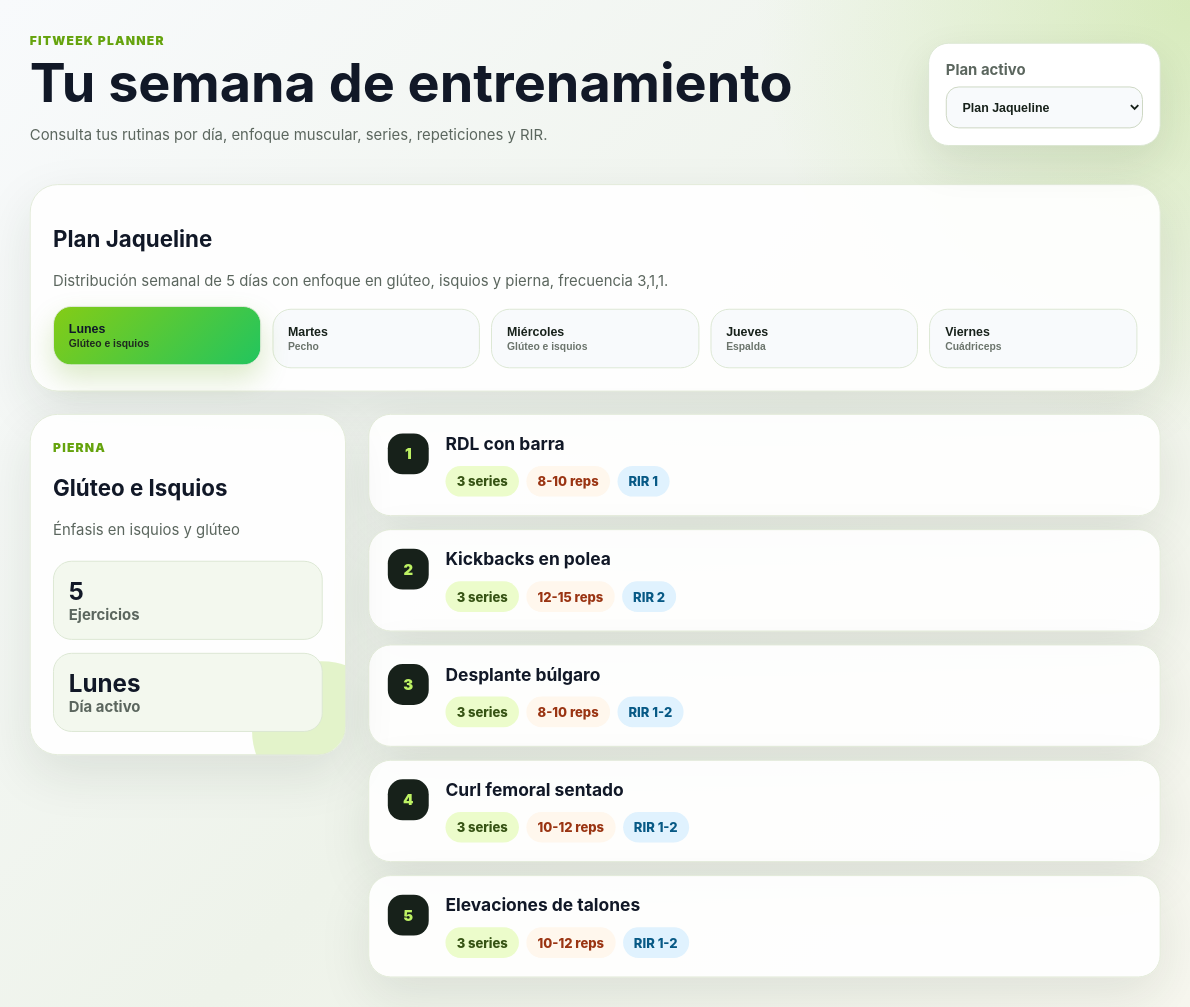
Repository: Jaqueline-CO/Fitweek-Planner
Page: /dashboard
An editor plug-in stored every save of this project. The page is shown before and after the next save, followed by the edit.
The browser window is 1280 px wide. The pictures show the whole page, at 93% of full size.
The project was rebuilt for these pictures with package versions that can differ from the ones it lists, and the page was loaded fresh each time. Also part of the build but not shown: vite.config.js.

Above is the page before, as saved 2026-06-09 16:02:44.

### index.html
<!doctype html>
<html lang="en">
  <head>
    <meta charset="UTF-8" />
    <link rel="icon" type="image/svg+xml" href="/favicon.svg" />
    <meta name="viewport" content="width=device-width, initial-scale=1.0" />
    <title>rutinasgym</title>
  </head>
  <body>
    <div id="root"></div>
    <script type="module" src="/src/main.jsx"></script>
  </body>
</html>

### src/index.css
* {
  box-sizing: border-box;
}

html,
body,
#root {
  width: 100%;
  min-height: 100%;
  margin: 0;
}

body {
  min-width: 320px;
  font-family: Inter, system-ui, sans-serif;
}

### src/App.jsx
import AppRoutes from "./routes/AppRoutes";

function App() {
  return <AppRoutes />;
}

export default App;

### src/routes/AppRoutes.jsx
import { BrowserRouter, Routes, Route } from "react-router-dom";
import Login from "../pages/Login";
import Dashboard from "../pages/Dashboard";

function AppRoutes() {
  return (
    <BrowserRouter>
      <Routes>
        <Route path="/" element={<Login />} />
        <Route path="/dashboard" element={<Dashboard />} />
      </Routes>
    </BrowserRouter>
  );
}

export default AppRoutes;

### src/pages/Dashboard.jsx
import { useState } from "react";
import { weeklyPlans } from "../data/weeklyPlans";
import { routines } from "../data/routines";
import "../styles/Dashboard.css";

function Dashboard() {
  const [selectedPlanId, setSelectedPlanId] = useState("jaqueline");
  const [selectedDay, setSelectedDay] = useState("Lunes");

  const selectedPlan = weeklyPlans.find((plan) => plan.id === selectedPlanId);
  const selectedPlanDay = selectedPlan.days.find((item) => item.day === selectedDay);
  const selectedRoutine = routines.find((routine) => routine.id === selectedPlanDay.routineId);

  return (
    <main className="dashboard-page">
      <section className="dashboard-hero">
        <div>
          <span className="eyebrow">FitWeek Planner</span>
          <h1>Tu semana de entrenamiento</h1>
          <p>Consulta tus rutinas por día, enfoque muscular, series, repeticiones y RIR.</p>
        </div>

        <div className="plan-selector">
          <label>Plan activo</label>
          <select
            value={selectedPlanId}
            onChange={(e) => {
              setSelectedPlanId(e.target.value);
              setSelectedDay("Lunes");
            }}
          >
            {weeklyPlans.map((plan) => (
              <option key={plan.id} value={plan.id}>
                {plan.name}
              </option>
            ))}
          </select>
        </div>
      </section>

      <section className="plan-card">
        <div>
          <h2>{selectedPlan.name}</h2>
          <p>{selectedPlan.description}</p>
        </div>

        <div className="day-tabs">
          {selectedPlan.days.map((item) => (
            <button
              key={item.day}
              className={selectedDay === item.day ? "day-tab active" : "day-tab"}
              onClick={() => setSelectedDay(item.day)}
            >
              <span>{item.day}</span>
              <small>{item.label}</small>
            </button>
          ))}
        </div>
      </section>

      <section className="routine-layout">
        <aside className="routine-summary">
          <span className="routine-category">{selectedRoutine.category}</span>
          <h2>{selectedRoutine.title}</h2>
          <p>{selectedRoutine.focus}</p>

          <div className="summary-stats">
            <div>
              <strong>{selectedRoutine.exercises.length}</strong>
              <span>Ejercicios</span>
            </div>
            <div>
              <strong>{selectedDay}</strong>
              <span>Día activo</span>
            </div>
          </div>
        </aside>

        <section className="exercise-list">
          {selectedRoutine.exercises.map((exercise, index) => (
            <article className="exercise-card" key={index}>
              <div className="exercise-number">{index + 1}</div>

              <div className="exercise-info">
                <h3>{exercise.name}</h3>

                <div className="exercise-tags">
                  <span>{exercise.sets} series</span>
                  <span>{exercise.reps} reps</span>
                  <span>RIR {exercise.rir}</span>
                </div>

                {exercise.notes && <p>{exercise.notes}</p>}
              </div>
            </article>
          ))}
        </section>
      </section>
    </main>
  );
}

export default Dashboard;

### src/data/weeklyPlans.js
export const weeklyPlans = [
  {
    id: "jaqueline",
    name: "Plan Jaqueline",
    description: "Distribución semanal de 5 días con enfoque en glúteo, isquios y pierna, frecuencia 3,1,1.",
    days: [
      { day: "Lunes", routineId: "gluteo-isquios", label: "Glúteo e isquios" },
      { day: "Martes", routineId: "pecho-a", label: "Pecho" },
      { day: "Miércoles", routineId: "gluteo-isquios", label: "Glúteo e isquios" },
      { day: "Jueves", routineId: "espalda", label: "Espalda" },
      { day: "Viernes", routineId: "cuadriceps", label: "Cuádriceps" },
    ],
  },
  {
    id: "alan",
    name: "Plan Alan",
    description: "Distribución semanal de 5 días con enfoque en Pecho, frecuencia 2,2,1.",
    days: [
      { day: "Lunes", routineId: "gluteo-isquios", label: "Glúteo e isquios" },
      { day: "Martes", routineId: "pecho-a", label: "Pecho" },
      { day: "Miércoles", routineId: "espalda", label: "Espalda" },
      { day: "Jueves", routineId: "pecho-b", label: "Pecho" },
      { day: "Viernes", routineId: "cuadriceps", label: "Cuádriceps" },
    ],
  },
];

### src/data/routines.js
export const routines = [
  {
    id: "gluteo-isquios",
    title: "Glúteo e Isquios",
    category: "Pierna",
    focus: "Énfasis en isquios y glúteo",
    exercises: [
      { name: "RDL con barra", sets: 3, reps: "8-10", rir: "1" },
      { name: "Kickbacks en polea", sets: 3, reps: "12-15", rir: "2" },
      { name: "Desplante búlgaro", sets: 3, reps: "8-10", rir: "1-2" },
      { name: "Curl femoral sentado", sets: 3, reps: "10-12", rir: "1-2" },
      { name: "Elevaciones de talones", sets: 3, reps: "10-12", rir: "1-2" },
    ],
  },
  {
    id: "cuadriceps",
    title: "Cuádriceps",
    category: "Pierna",
    focus: "Énfasis en cuádriceps",
    exercises: [
      { name: "Sentadilla Hack", sets: 3, reps: "6-8", rir: "1" },
      { name: "Hip Thrust con barra", sets: 3, reps: "8-10", rir: "1" },
      { name: "Curl femoral acostado", sets: 3, reps: "10-12", rir: "1-2" },
      { name: "Extensiones de cuádriceps", sets: 3, reps: "10-12", rir: "1-2" },
      { name: "Abducción en máquina", sets: 3, reps: "12-15", rir: "1-2" },
      { name: "Adducción en máquina", sets: 3, reps: "12-15", rir: "1-2" },
      { name: "Elevaciones de talones", sets: 3, reps: "10-12", rir: "1-2" },
    ],
  },
  {
    id: "pecho-a",
    title: "Pecho A",
    category: "Pecho",
    focus: "Énfasis en pectoral mayor",
    exercises: [
      { name: "Press inclinado con mancuernas", sets: 3, reps: "8-10", rir: "1-2" },
      { name: "Press plano con barra", sets: 2, reps: "6-8", rir: "0-1" },
      { name: "Elevaciones laterales con mancuerna", sets: 2, reps: "12-15", rir: "2" },
      { name: "Elevaciones en polea baja unilateral", sets: 3, reps: "12-15", rir: "2" },
      { name: "Extensión de tríceps con cuerda", sets: 2, reps: "12-15", rir: "1-2" },
    ],
  },
  {
    id: "pecho-b",
    title: "Pecho B",
    category: "Pecho",
    focus: "Deltoide anterior, lateral y tríceps",
    exercises: [
      { name: "Press militar con mancuernas", sets: 3, reps: "8-10", rir: "1" },
      { name: "Press plano con barra o máquina", sets: 2, reps: "6-8", rir: "1" },
      { name: "Cruce en poleas baja", sets: 2, reps: "12-15", rir: "2" },
      { name: "Elevaciones laterales con mancuernas", sets: 2, reps: "15-20", rir: "2" },
      { name: "Extensión de tríceps overhead con cuerda", sets: 2, reps: "12-15", rir: "1-2" },
      { name: "Push down con cuerda", sets: 2, reps: "10-12", rir: "1-2" },
    ],
  },
  {
    id: "espalda",
    title: "Espalda",
    category: "Espalda",
    focus: "Dorsales - Amplitud, fuerza de tracción y foco lat",
    exercises: [
      { name: "Jalón al pecho con agarre neutro", sets: 4, reps: "8-10", rir: "-", notes: "Máxima activación del dorsal ancho. Tensión mecánica alta." },
      { name: "Remo con mancuerna unilateral", sets: 4, reps: "8-10", rir: "-", notes: "Segunda línea de tracción horizontal. Enfocado en upper back general." },
      { name: "Pull-over con cuerda en polea alta", sets: 3, reps: "12-15", rir: "-", notes: "Aislamiento del dorsal, sin intervención del bíceps." },
      { name: "Curl inclinado con mancuernas supino", sets: 3, reps: "10-12", rir: "-", notes: "Foco total en bíceps braquial con gran estiramiento." },
    ],
  },
];

### src/styles/Dashboard.css
.dashboard-page {
  min-height: 100vh;
  padding: 32px;
  color: #17211a;
  background:
    radial-gradient(circle at top right, rgba(132, 204, 22, 0.22), transparent 28%),
    linear-gradient(135deg, #f8fafc, #eef3ea 55%, #f7f7ef);
  font-family: Inter, system-ui, sans-serif;
}

.dashboard-hero {
  display: flex;
  justify-content: space-between;
  gap: 24px;
  align-items: center;
  margin-bottom: 28px;
}

.eyebrow,
.routine-category {
  color: #65a30d;
  font-weight: 900;
  letter-spacing: 0.1em;
  text-transform: uppercase;
  font-size: 13px;
}

.dashboard-hero h1 {
  font-size: clamp(34px, 5vw, 58px);
  margin: 8px 0;
  color: #111827;
  line-height: 1;
}

.dashboard-hero p,
.plan-card p,
.routine-summary p,
.exercise-info p {
  color: #5b665e;
}

.plan-selector {
  background: #ffffff;
  border: 1px solid #dbe7d2;
  padding: 18px;
  border-radius: 22px;
  min-width: 250px;
  box-shadow: 0 18px 45px rgba(32, 51, 34, 0.1);
}

.plan-selector label {
  display: block;
  margin-bottom: 8px;
  color: #5b665e;
  font-weight: 700;
}

.plan-selector select {
  width: 100%;
  padding: 13px;
  border-radius: 14px;
  border: 1px solid #cbd5c0;
  outline: none;
  font-weight: 800;
  color: #17211a;
  background: #f8fafc;
}

.plan-card,
.routine-summary,
.exercise-card {
  background: rgba(255, 255, 255, 0.92);
  border: 1px solid #e1ead8;
  box-shadow: 0 20px 55px rgba(32, 51, 34, 0.1);
}

.plan-card {
  border-radius: 30px;
  padding: 24px;
  margin-bottom: 24px;
}

.plan-card h2,
.routine-summary h2,
.exercise-info h3 {
  color: #111827;
}

.day-tabs {
  display: grid;
  grid-template-columns: repeat(5, 1fr);
  gap: 12px;
  margin-top: 20px;
}

.day-tab {
  border: 1px solid #dbe7d2;
  border-radius: 20px;
  padding: 16px;
  cursor: pointer;
  background: #f8fafc;
  color: #17211a;
  text-align: left;
  transition: 0.2s ease;
}

.day-tab span {
  display: block;
  font-weight: 900;
}

.day-tab small {
  color: #6b746c;
  font-weight: 600;
}

.day-tab.active,
.day-tab:hover {
  background: linear-gradient(135deg, #84cc16, #22c55e);
  color: #0f172a;
  transform: translateY(-3px);
  box-shadow: 0 14px 30px rgba(101, 163, 13, 0.22);
}

.day-tab.active small,
.day-tab:hover small {
  color: #1f2a1f;
}

.routine-layout {
  display: grid;
  grid-template-columns: 340px 1fr;
  gap: 24px;
}

.routine-summary {
  border-radius: 30px;
  padding: 24px;
  height: fit-content;
  position: relative;
  overflow: hidden;
}

.routine-summary::after {
  content: "";
  position: absolute;
  width: 150px;
  height: 150px;
  right: -50px;
  bottom: -50px;
  background: rgba(132, 204, 22, 0.22);
  border-radius: 50%;
}

.summary-stats {
  display: grid;
  grid-template-columns: 1fr;
  gap: 14px;
  margin-top: 24px;
  position: relative;
  z-index: 1;
}

.summary-stats div {
  background: #f3f8ee;
  border: 1px solid #dbe7d2;
  border-radius: 20px;
  padding: 16px;
}

.summary-stats strong {
  display: block;
  font-size: 26px;
  color: #111827;
}

.summary-stats span {
  color: #5b665e;
  font-weight: 700;
}

.exercise-list {
  display: grid;
  gap: 14px;
}

.exercise-card {
  display: flex;
  gap: 18px;
  align-items: flex-start;
  border-radius: 24px;
  padding: 20px;
  transition: 0.2s ease;
}

.exercise-card:hover {
  transform: translateY(-2px);
  box-shadow: 0 22px 60px rgba(32, 51, 34, 0.14);
}

.exercise-number {
  width: 44px;
  height: 44px;
  border-radius: 16px;
  display: grid;
  place-items: center;
  font-weight: 900;
  background: #17211a;
  color: #bef264;
}

.exercise-info h3 {
  margin: 0 0 12px;
}

.exercise-tags {
  display: flex;
  flex-wrap: wrap;
  gap: 8px;
}

.exercise-tags span {
  padding: 8px 12px;
  border-radius: 999px;
  background: #ecfccb;
  color: #365314;
  font-size: 14px;
  font-weight: 800;
}

.exercise-tags span:nth-child(2) {
  background: #fff7ed;
  color: #9a3412;
}

.exercise-tags span:nth-child(3) {
  background: #e0f2fe;
  color: #075985;
}

@media (max-width: 1100px) {
  .routine-layout {
    grid-template-columns: 300px 1fr;
  }

  .dashboard-hero h1 {
    font-size: 42px;
  }
}

@media (max-width: 900px) {
  .dashboard-page {
    padding: 24px;
  }

  .dashboard-hero {
    display: grid;
    grid-template-columns: 1fr;
  }

  .plan-selector {
    width: 100%;
    min-width: 0;
  }

  .day-tabs {
    grid-template-columns: repeat(2, 1fr);
  }

  .routine-layout {
    grid-template-columns: 1fr;
  }

  .routine-summary {
    position: static;
  }
}

@media (max-width: 600px) {
  .dashboard-page {
    padding: 16px;
  }

  .dashboard-hero h1 {
    font-size: 34px;
  }

  .dashboard-hero p {
    font-size: 15px;
  }

  .plan-card,
  .routine-summary,
  .exercise-card {
    border-radius: 22px;
  }

  .plan-card {
    padding: 18px;
  }

  .day-tabs {
    grid-template-columns: 1fr;
  }

  .day-tab {
    padding: 14px;
  }

  .exercise-card {
    flex-direction: column;
  }

  .exercise-number {
    width: 38px;
    height: 38px;
  }

  .exercise-tags {
    gap: 6px;
  }

  .exercise-tags span {
    font-size: 13px;
    padding: 7px 10px;
  }
}

Loaded but not shown: src/main.jsx (common file); src/pages/Login.jsx (no stored copy; drawn as an empty file)

After the next save:
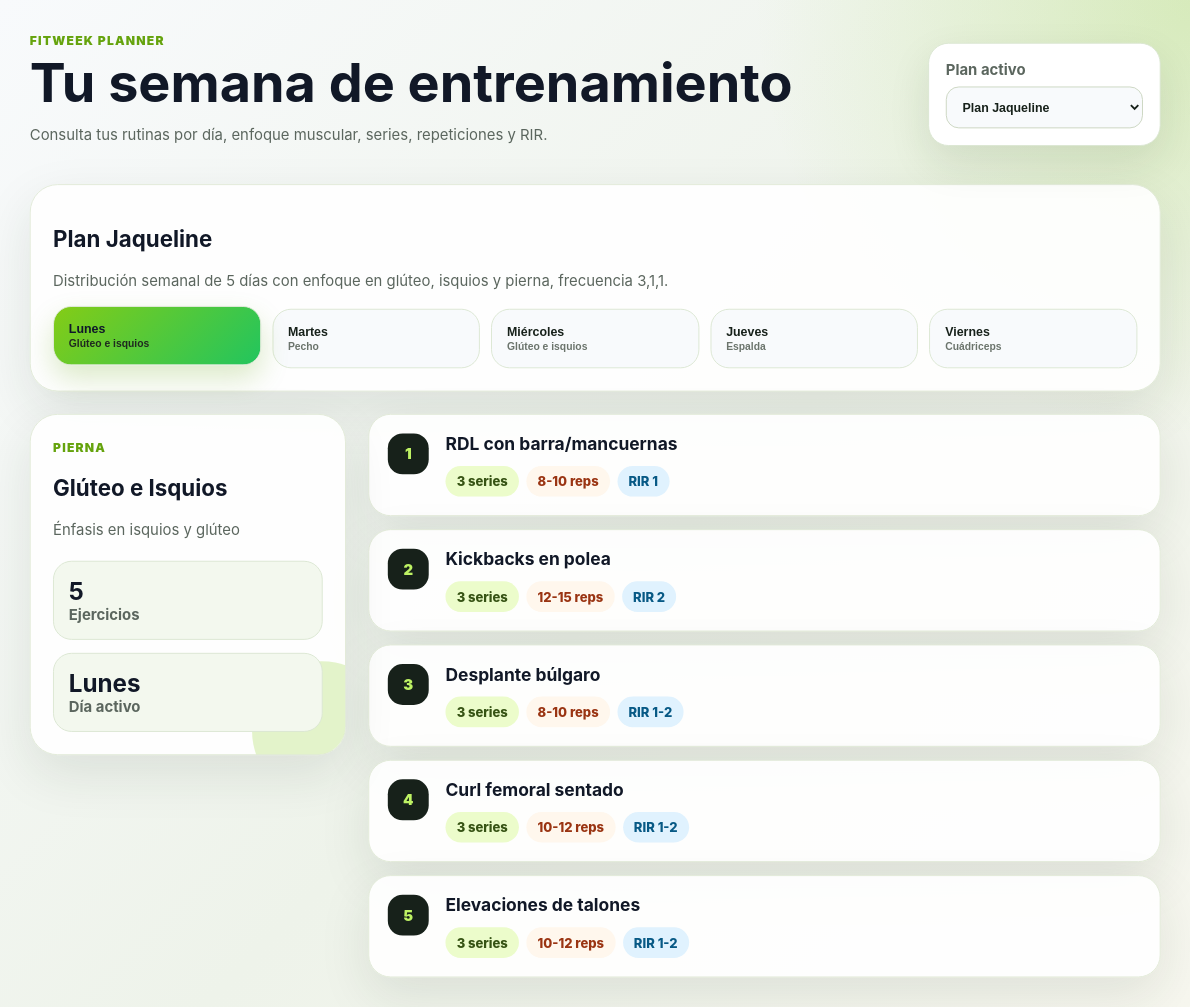
Saved 20 min 59 s later.
--- a/src/data/routines.js
+++ b/src/data/routines.js
@@ -5,7 +5,7 @@ export const routines = [
     category: "Pierna",
     focus: "Énfasis en isquios y glúteo",
     exercises: [
-      { name: "RDL con barra", sets: 3, reps: "8-10", rir: "1" },
+      { name: "RDL con barra/mancuernas", sets: 3, reps: "8-10", rir: "1" },
       { name: "Kickbacks en polea", sets: 3, reps: "12-15", rir: "2" },
       { name: "Desplante búlgaro", sets: 3, reps: "8-10", rir: "1-2" },
       { name: "Curl femoral sentado", sets: 3, reps: "10-12", rir: "1-2" },
